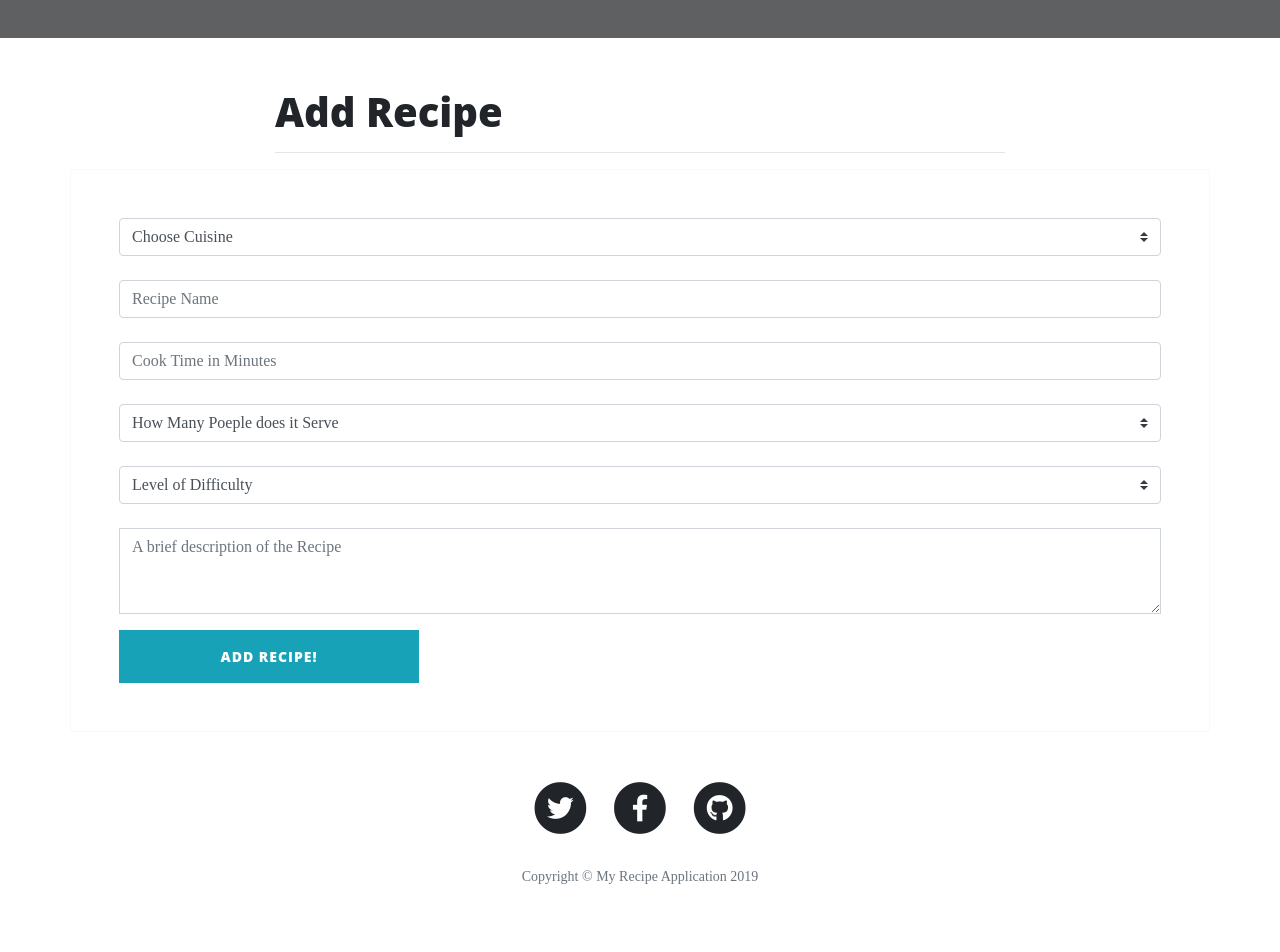
Repository: CapitainHolmes/cookbook-project
Page: http://localhost/add_recipe
The author's editor kept a record of every edit. The page is drawn from the files as they stood at one moment, then again after the next edit.
The browser window is 1280 px wide. The pictures show the part of the page from y = 590 to 1542 px (the page is 1542 px tall).
Pictures or frames that could not be fetched are drawn as grey boxes. Some web libraries are served in a nearby version. The page is served by the project's application, run on Flask 3 (app.py). Queries for data that is not in the repository find no rows.

Above is the page before.

After the next edit:
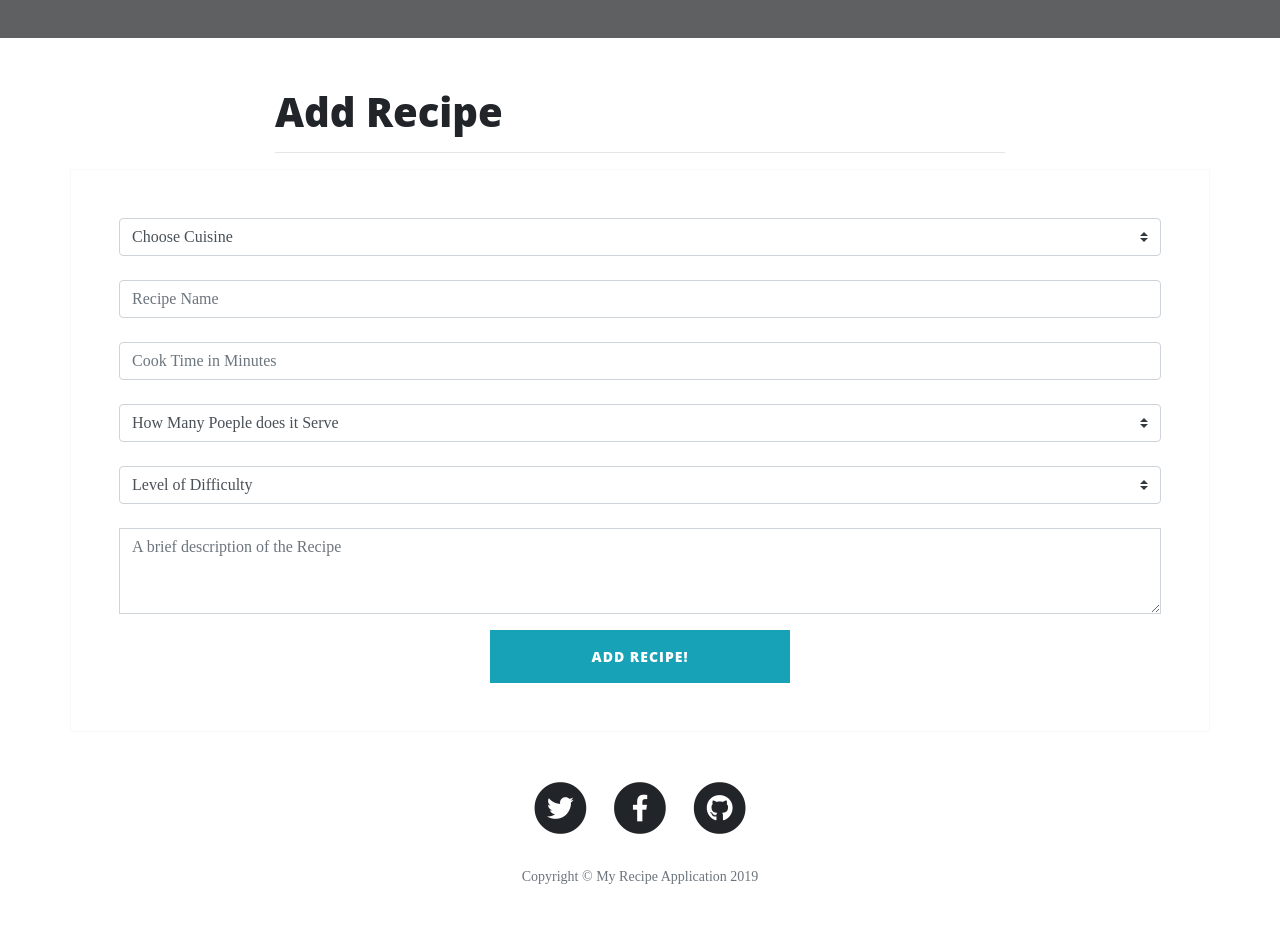
The edit:
--- a/templates/addrecipe.html
+++ b/templates/addrecipe.html
@@ -38,7 +38,7 @@
         <option value="5">5</option>
     </select>
 
-      <!-- Difficulty -->
+  <!-- Difficulty -->
   <select class="browser-default custom-select mb-4" name="difficulty">
         <option value="" disabled selected>Level of Difficulty</option>
         <option value="Easy">Easy</option>
@@ -52,7 +52,9 @@
   </div>
 
   <!-- Send button -->
-  <button class="btn btn-info btn-block" type="submit">Add Recipe!</button>
+  <div id="my_centered_buttons">
+    <button class="btn btn-info btn-block" type="submit">Add Recipe!</button>
+  </div>
 
 </form>
 
